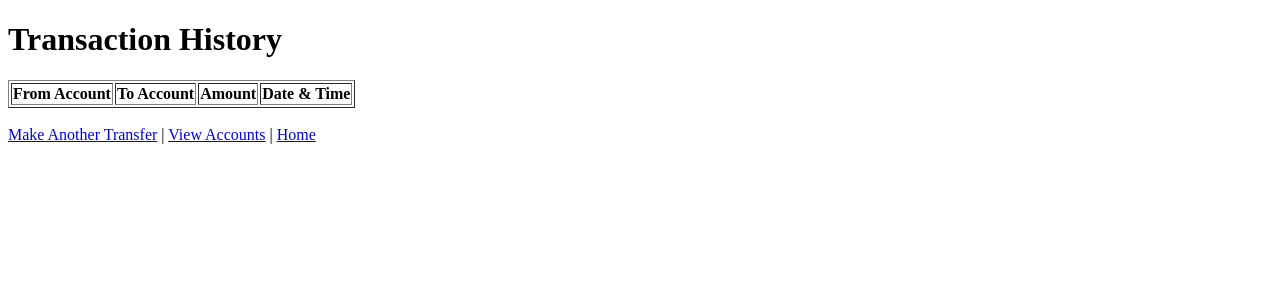
Repository: atharvthonge/Bank-Management-System
Page: http://localhost/transactions
The author's editor kept a copy of each file at every save. The page is drawn from the files as they stood at one save, then again after the next save.
The browser window is 1280 px wide. The pictures show the whole page.
The page is this project's Thymeleaf template; nobody is signed in. The template is opened directly, without the code that normally fills it, so the values that code supplies are empty.

Above is the page before, as saved 2025-08-22 05:05:08.

### com.securenetbank/src/main/resources/templates/transactions.html
<!DOCTYPE html>
<html xmlns:th="http://www.thymeleaf.org">
<head>
    <title>Transactions</title>
</head>
<body>
    <h1>Transaction History</h1>

    <table border="1">
        <tr>
            <th>From Account</th>
            <th>To Account</th>
            <th>Amount</th>
            <th>Date & Time</th>
        </tr>
        <tr th:each="tx : ${transactions}">
            <td th:text="${tx.fromAcc}"></td>
            <td th:text="${tx.toAcc}"></td>
            <td th:text="${tx.amount}"></td>
            <td th:text="${tx.dateTime}"></td>
        </tr>
    </table>

    <br>
    <a th:href="@{/transfer}">Make Another Transfer</a> |
    <a th:href="@{/accounts}">View Accounts</a> |

    <a th:href="@{/}">Home</a>
</body>
</html>

After the next save:
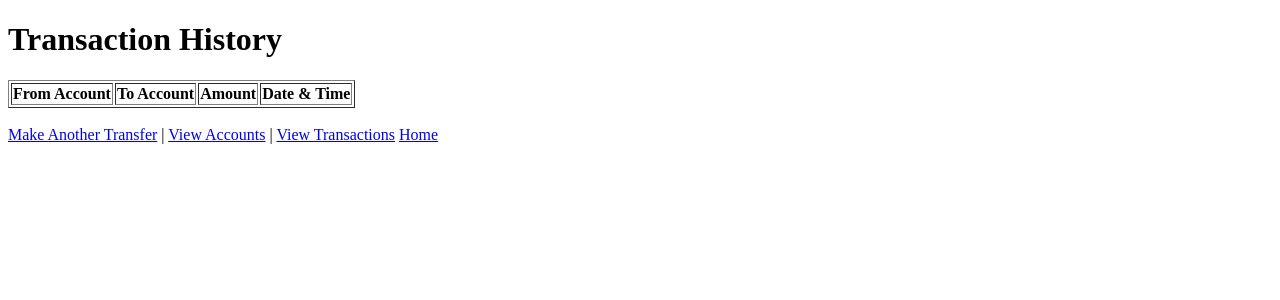
Saved 33 s later.
--- a/com.securenetbank/src/main/resources/templates/transactions.html
+++ b/com.securenetbank/src/main/resources/templates/transactions.html
@@ -24,6 +24,7 @@
     <br>
     <a th:href="@{/transfer}">Make Another Transfer</a> |
     <a th:href="@{/accounts}">View Accounts</a> |
+     <a th:href="@{/transactions}">View Transactions</a>
 
     <a th:href="@{/}">Home</a>
 </body>

After the save that followed:
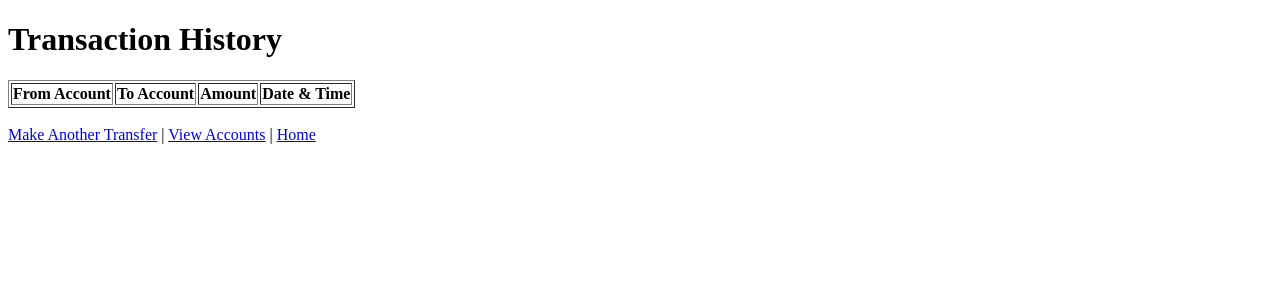
Saved 2 min 2 s later.
--- a/com.securenetbank/src/main/resources/templates/transactions.html
+++ b/com.securenetbank/src/main/resources/templates/transactions.html
@@ -24,7 +24,7 @@
     <br>
     <a th:href="@{/transfer}">Make Another Transfer</a> |
     <a th:href="@{/accounts}">View Accounts</a> |
-     <a th:href="@{/transactions}">View Transactions</a>
+
 
     <a th:href="@{/}">Home</a>
 </body>
